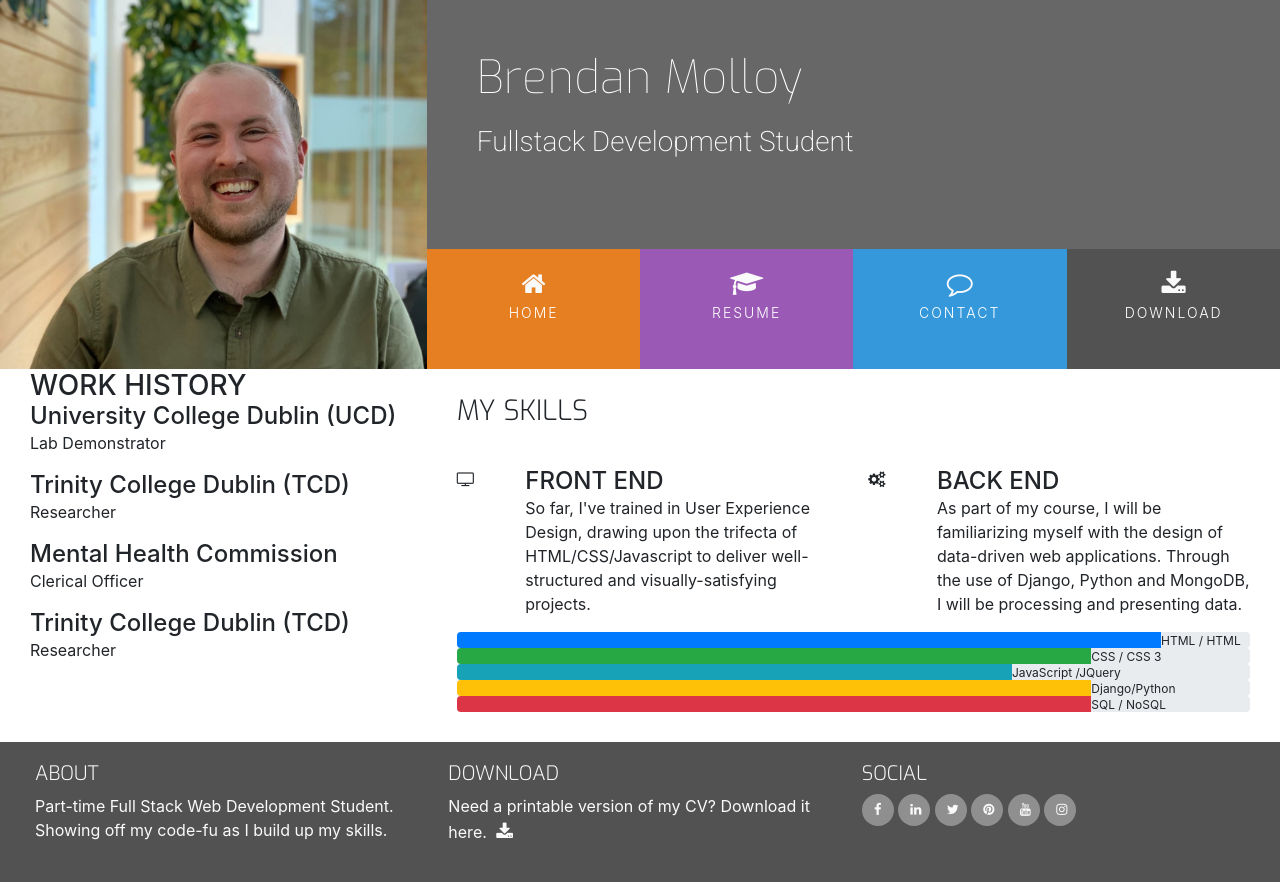
Repository: BrendanMolloy/my-web-cv
Page: resume.html
The author's editor kept a record of every edit. The page is drawn from the files as they stood at one moment, then again after the next edit.
The browser window is 1280 px wide. The pictures show the whole page.

Above is the page before.

After the next edit:
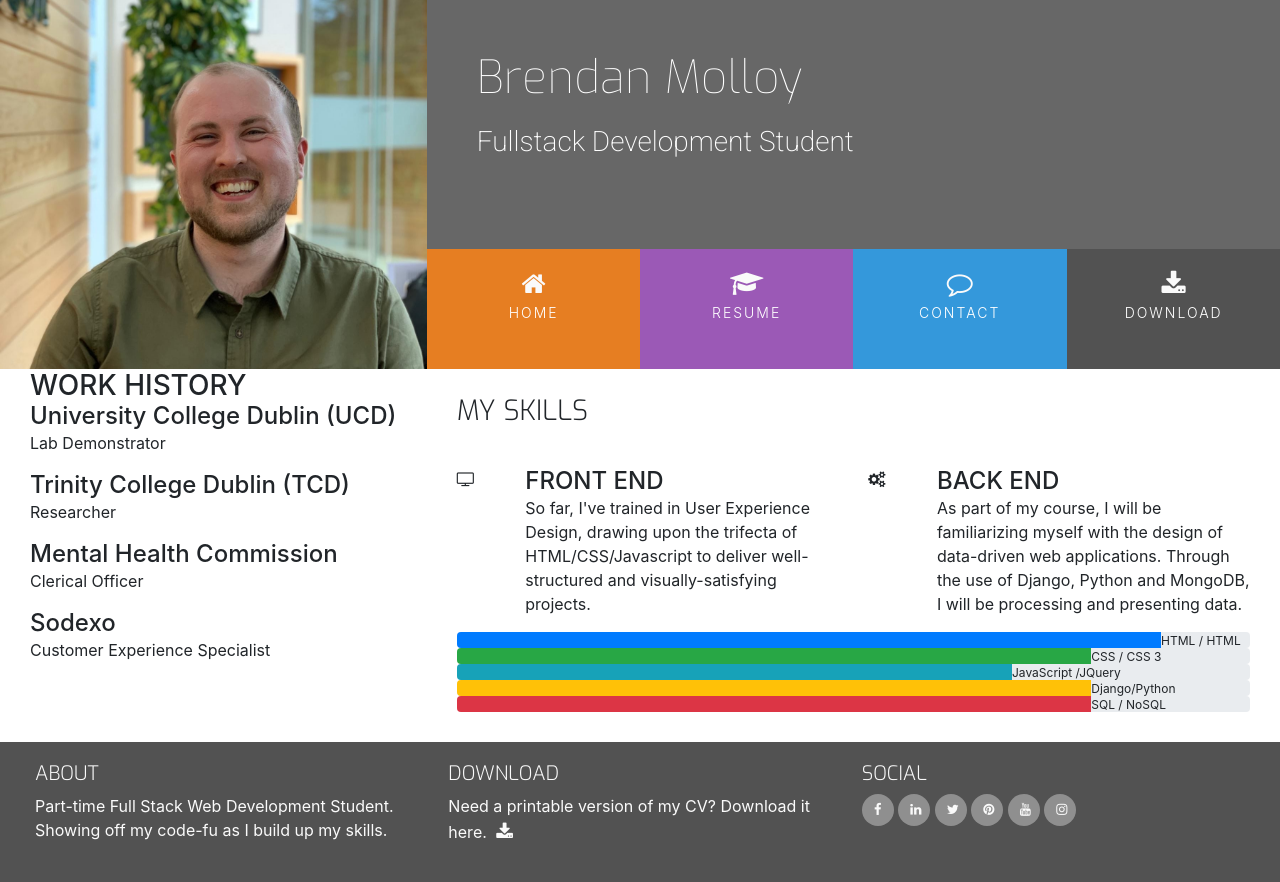
The edit:
--- a/resume.html
+++ b/resume.html
@@ -69,9 +69,9 @@
                     <h4>Mental Health Commission</h4>
                     <p>Clerical Officer</p>
                 </div>
-                <div class="timeline-item" data-dates="10/2014 - 12/2017">
-                    <h4>Trinity College Dublin (TCD)</h4>
-                    <p>Researcher</p>
+                <div class="timeline-item" data-dates="04/2018 - Present">
+                    <h4>Sodexo</h4>
+                    <p>Customer Experience Specialist</p>
                 </div>
             </div>
             <div class="col-md-8 bg-color-three-reasons section-column">
